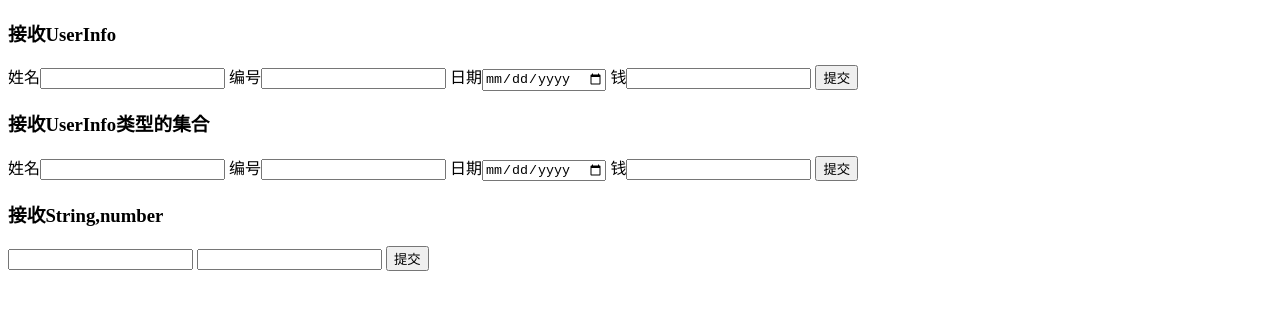
Repository: HelloChuang/HelloChuang-EclipseWorkSpace
Page: http://localhost/SpringMVC_Test/
The author's editor kept a copy of each file at every save. The page is drawn from the files as they stood at one save, then again after the next save.
The browser window is 1280 px wide. The pictures show the whole page.
The page is served by Tomcat 9. Other server files are loaded and not shown.

Above is the page before, as saved 2018-11-02 15:01:16.

### EclipseWorkSpace/SpringMVC_Test/src/main/webapp/index.jsp
<%@ page language="java" contentType="text/html; charset=UTF-8"
    pageEncoding="UTF-8"%>
<!DOCTYPE html>
<html>
<head>
<meta http-equiv="Content-Type" content="text/html; charset=UTF-8">
<title>测试</title>
</head>
<body>
	<div>
		<h3>接收UserInfo</h3>
		<form action="method2" method="post">
			姓名<input type="text" name="uname"/>
			编号<input type="number" name="uid"/>
			日期<input type="date" name="udate"/>
			钱<input type="number" name="umoney"/>
			<button type="submit">提交</button>
		</form>
	</div>
	<div>
		<h3>接收UserInfo类型的集合</h3>
		<form action="method2" method="post">
			姓名<input type="text" name="uname"/>
			编号<input type="number" name="uid"/>
			日期<input type="date" name="udate"/>
			钱<input type="number" name="umoney"/>
			<button type="submit">提交</button>
		</form>
	</div>
	<div>
		<h3>接收String,number</h3>
		<form action="method1" method="post">
			<input type="text" name="uname"/>
			<input type="number" name="uid"/>

			<button type="submit">提交</button>
		</form>
	</div>

</body>
</html>

After the next save:
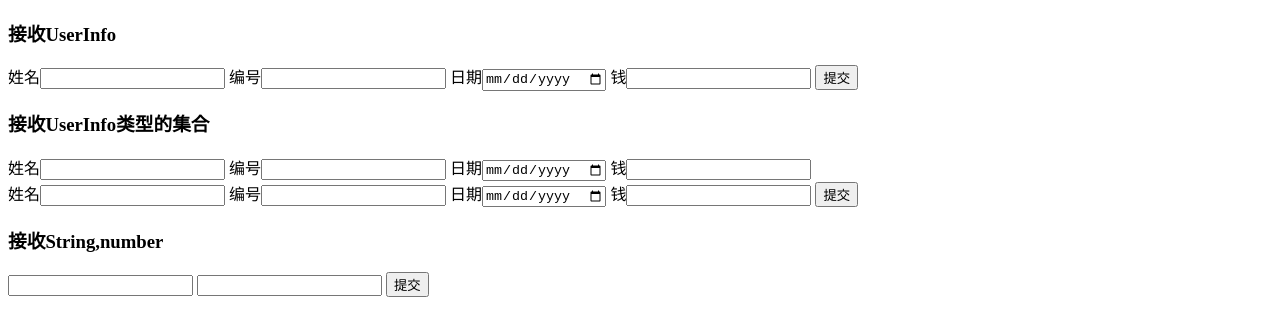
Saved 18 s later.
--- a/EclipseWorkSpace/SpringMVC_Test/src/main/webapp/index.jsp
+++ b/EclipseWorkSpace/SpringMVC_Test/src/main/webapp/index.jsp
@@ -23,6 +23,10 @@
 			姓名<input type="text" name="uname"/>
 			编号<input type="number" name="uid"/>
 			日期<input type="date" name="udate"/>
+			钱<input type="number" name="umoney"/><br/>
+			姓名<input type="text" name="uname"/>
+			编号<input type="number" name="uid"/>
+			日期<input type="date" name="udate"/>
 			钱<input type="number" name="umoney"/>
 			<button type="submit">提交</button>
 		</form>
